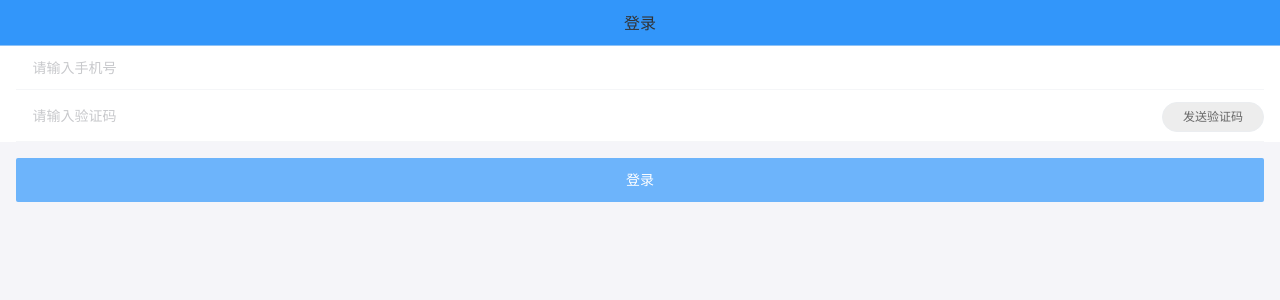
Repository: xn-lb/toutiao-mb
Page: /#/login
An editor plug-in stored every save of this project. The page is shown before and after the next save, followed by the edit.
The browser window is 1280 px wide. The pictures show the whole page.
Some web fonts or font styles are not loaded; a fallback is used. The project was rebuilt for these pictures with package versions that can differ from the ones it lists, and the page was loaded fresh each time. Also part of the build but not shown: vue.config.js.

Above is the page before, as saved 2023-03-23 21:06:26.

After the next save:
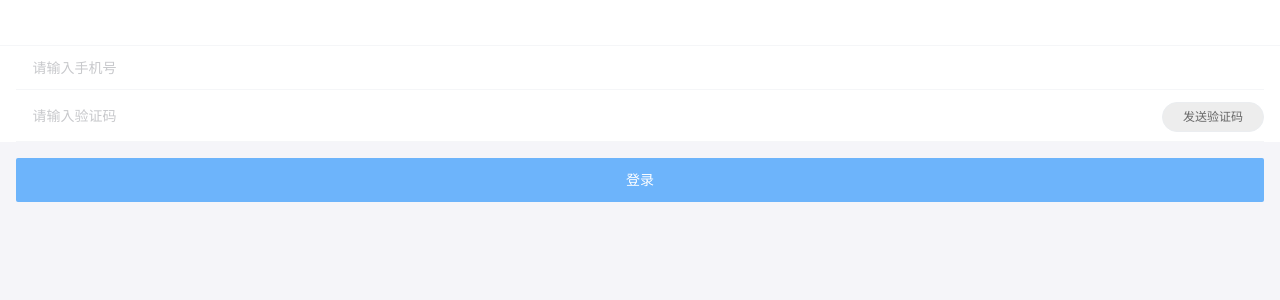
Saved 92 s later.
--- a/src/views/login/index.vue
+++ b/src/views/login/index.vue
@@ -1,7 +1,7 @@
 <template>
   <div class="login-container">
     <!-- 导航栏 -->
-    <van-nav-bar class="page-nav-bar" title="登录" />
+    <van-nav-bar class="app-nav-bar" title="登录" />
 
     <!-- 登录表单 -->
     <van-form >

After the save that followed:
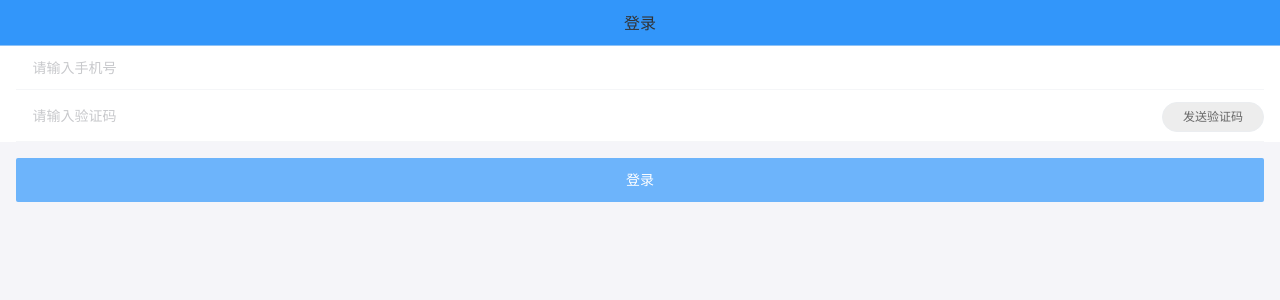
Saved 8 s later.
--- a/src/views/login/index.vue
+++ b/src/views/login/index.vue
@@ -1,7 +1,7 @@
 <template>
   <div class="login-container">
     <!-- 导航栏 -->
-    <van-nav-bar class="app-nav-bar" title="登录" />
+    <van-nav-bar class="page-nav-bar" title="登录" />
 
     <!-- 登录表单 -->
     <van-form >
